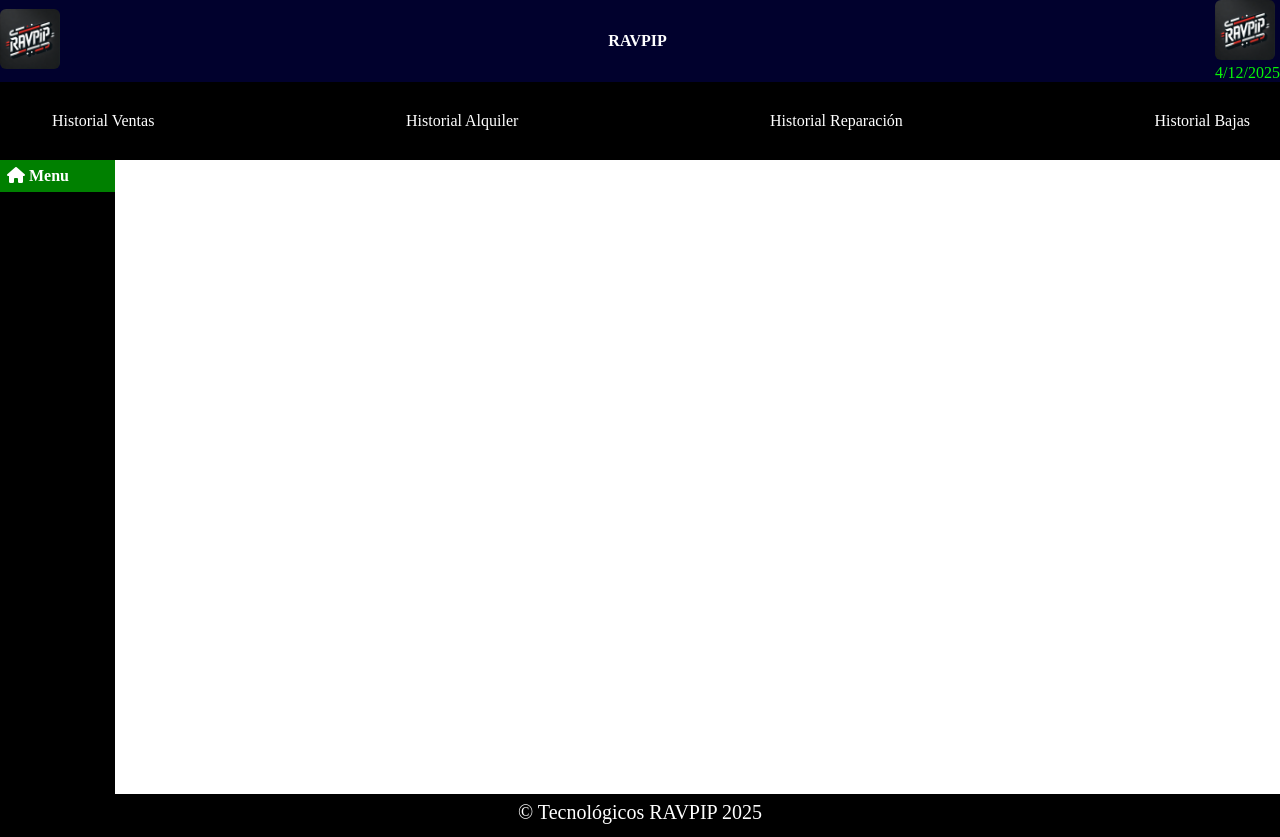
Repository: ye909/RAVPIP
Page: index.html
These files come from the project's save history. The page is drawn as it stood at one moment and after the next save; the edit follows.
The browser window is 1280 px wide. The pictures show the whole page.
After loading, the first visible `#historial` was clicked once.
Some web libraries are served in a nearby version.

Above is the page before, as saved 2025-04-12 15:19:49.

### index.html
<!DOCTYPE html>
<html lang="es">

<head>
    <meta charset="UTF-8">
    <meta name="viewport" content="width=device-width, initial-scale=1.0">
    <title>Estado</title>
    <link rel="stylesheet" href="./src/css/heder.css">
    <script src="https://cdn.jsdelivr.net/npm/sweetalert2@11"></script>
    <script src="https://kit.fontawesome.com/5ca3312b29.js" crossorigin="anonymous"></script>
</head>

<body>
    <div class="containerTituloLogo">
        <div><img src="./src/imagenes/logo2.webp" alt="Logo" class="imglogo"></div>
        <h1>RAVPIP</h1>
        <div><img src="./src/imagenes/logo2.webp" alt="Logo" class="imglogo"> <br><span id="fecha"></span></div>

    </div>

    <nav id="contenedornav">
        <ul id="menu1">

            <li><a href="#" aria-label="Abrir Reportes">Reportes</a></li>
            <li><a href="" aria-label="">Bodega</a></li>
            <li><a href="" aria-label="Soporte">Soporte</a></li>
            <li><a href="" aria-label="Inconformida">Inconformida</a></li>
            <li><a href="#" aria-label="Traslados">Traslados</a></li>
            <li><a href="" aria-label="Gestion">Gestion</a></li>
            <li><a href="#"  aria-label="Abrir Historial" id="historial">Historial</a></li>

            <li><a href="" id="itemEstado" aria-label="Abrir Estado">Estado</a></li>
        </ul>
    </nav>


     <di class="contenedorPrincipal">
        <aside id="barraLateralMenu">
            <h2 class="cajaverde" id="cajaverde"><i class="fa-solid fa-house"></i> Menu</h2>
            <div class="sudmenu" id="sudmenu">
                <div><a href="" id="inventario"> <i class="fa-solid fa-calendar"></i> Inventario</a></div>
                <div><a href="./src/templei/ventasPortatil.html"> <i class="fa-solid fa-tag"></i> Ventas</a></div>
                <div><a href="#" id="alquilerlink"><i class="fa-solid fa-handshake" ></i> Alquiler</a></div>
                <div><a href="#"><i class="fa-solid fa-pen-to-square"></i> Bajas</a></div>
                <div><a href="./src/templei/reparicion.html"><i class="fa-solid fa-desktop"></i> Reparación</a></div>
            </div>
        </aside>
        <section class="centrado" id="centrado">

            <div class="containerProgreso" id="containerProgreso">
                <div>Ventas <br>
                    <p>0</p>
                </div>
                <div>Historia <br>
                    <p>0</p>
                </div>
                <div>Alquiler <br>
                    <p>0</p>
                </div>
                <div>Estado <br>
                    <p>0</p>
                </div>
            </div>


            <div class="container">
                <h1>Alquiler de Equipos</h1>
                <form id="rental-form">
                    <div class="form-group">
                        <div>
                            <label for="producto-id">ID del Producto:</label>
                            <input type="number" id="producto-id">
                            <label for="tipo">Tipo:</label>
                            <select id="tipo">
                                <option value="">Seleccione el producto</option>
                                <option value="CPU">CPU</option>
                                <option value="Monitor">Monitor</option>
                                <option value="Computadora">Computadora</option>
                                <option value="Memoria RAM">Memoria RAM</option>
                                <option value="Almacenamiento">Almacenamiento</option>
                                <option value="Tarjeta Gráfica">Tarjeta Gráfica</option>
                                <option value="Refrigeración">Refrigeración</option>
                                <option value="Fuente de Poder">Fuente de Poder</option>
                                <option value="Placa Madre">Placa Madre</option>
                                <option value="Periférico">Periférico</option>
                                <option value="Gabinete">Gabinete</option>
                            </select>
                            <label for="quantity">Cantidad:</label>
                            <input type="number" id="Cantidad"  />
                        </div>

                        <div>
                            <label for="marca">Marca:</label>
                            <input type="text" id="marca">

                            <label for="modelo">Modelo:</label>
                            <input type="text" id="modelo">
                            <label for="fecha">fecha:</label>
                            <input type="date" id="fecha">
                        </div>
                        <div>
                            <label for="Precio">Precio:</label>
                            <input type="number" id="Precio">
                            <label for="days">Días de alquiler:</label>
                            <input type="number" id="diaPrestamo"  /><br><br>
                            <h3>Total del alquiler: <span id="total">$0</span></h3>
                        </div>
                        <div class="form-group">

                            <div>
                                <label for="detalles">Detalles Adicionales:</label>
                                <textarea name="" id="detalles" cols="70" rows="10" ></textarea>
                            </div>
                        </div>


                    </div>
                    <p id="mensajeFormulario"></p>
                    <button type="submit" >Enviar</button>
                </form>


            </div>




        </section>
    </di>
    <footer>
        <p>&copy;  Tecnológicos RAVPIP 2025</p>
      </footer>

    <script src="./src/js/heder.js"></script>

</body>

</html>

### src/css/heder.css
*{
  margin: 0;
  padding: 0;
  background-attachment: fixed;
  background-size: cover;
  transition:0.6 ;
  box-sizing: border-box;
}


.imglogo {
  object-fit: cover;
  width: 60px;
  height: auto;
  flex-shrink: 0;
  border-radius: 6px;
}

:is(.containerTituloLogo,.containerProgreso,.form-group,ul,.menuHistorial){
  display: flex;
        align-items: center;
        justify-content: space-between;
        /* flex-flow: row; */
        flex-wrap: wrap;
}
.containerTituloLogo{
  background:rgb(1, 1, 45);
  color:white;

}

nav{
width: 100%;
height: auto;
padding: 20px;
}
ul{
list-style: none;

}

a{
  text-decoration: none;
  font-size: 100%;

}
:is(.colormenu,aside,nav){
  background:black;
}
:is(a,aside){
  color:white;

}
.colormenu{
  width: 10%;
}
:is(.containerProgreso,.colormenu,.sudmenu,.sudmenu div,ul,.cajaverde,p){
  padding: 7px;
}
li a:hover{
  color:yellow;
}
:is(.cajaverde){
  background:green;
  font-size: 100%;
}
.containerTituloLogo h1{
  font-size: 100%;
}

.sudmenu{
  visibility: hidden;

  }
  .submenuHistoria{
    display: none;
  }
  .sudmenu div a{
    font-size: 100%;

  }
  .contenedorPrincipal {
    display: flex;
    width: 100%;
    height: 88vh;
  }
  .container{
    visibility: hidden;
  }
  section.centrado {
   width: 80%;
  overflow: hidden;
  }


  aside {
    flex-basis: 9%;
   height: auto;
  }

.cajaverde{

  cursor: pointer;
}

.containerProgreso div{
  border-radius:80%;
   border-left:blue solid 6px;
   border-top:green solid 6px;
   padding: 30px;
   font-size: 20px;
  }

table {
  text-align: center;
font-size: 20px;
width: 100%;
  border-collapse: collapse;
  background-color: #ffffff;
  box-shadow: 0 4px 8px rgba(0,0,0,0.1);
  margin-top: -140px;

  height: auto;
}

thead {

  background-color: #007bff;
  color: white;

}

th {
  padding: 1rem;
  text-align: center;
  border: 1px solid #ddd;
  font-size: 1.3rem;

}
tr{
  border: 1px solid #6b92f4;
}
p{
font-weight: 15px;
  text-align: center;
}
#tablaComponentes,#containerProgreso{
  visibility: hidden;
}



/* alquiler */



.container {
  background: white;
  padding: 25px;
  border-radius: 10px;
  width: 90%;
  flex-grow: 1;
  margin: auto;
  margin-left: 70px;
  margin-top: -100px;
  box-shadow: 0px 0px 10px 20px rgba(0, 0, 0, 0.1);
}

h1 {
  text-align: center;

}

.form-group {
  margin-bottom: 15px;
}

label {
  display: block;
  font-weight: bold;
 font-size: 20px;
 padding: 5px;
}
form{
  width: 100%;
  padding: 10px;
}
input, select {
  width: 300px;
  padding: 8px;
  border: 1px solid #ccc;
  border-radius: 5px;
  margin-top: 5px;
}
:focus{
  outline:1px #0056b3 solid;
}


button {
  width: 100%;
  padding: 10px;
  background-color: #007bff;
  color: white;
  border: none;
  font-size: 16px;
  cursor: pointer;
  border-radius: 5px;
}

button:hover {
  background-color: #0056b3;
}

.result {
  text-align: center;
  margin-top: 20px;
  font-size: 18px;
  color: #444;
}
 footer {
  width: 100%;
  display: grid;
  grid-template-rows: auto 1fr auto;
  height: 6vh;
  text-align: center;
  background-color:black;
  color: #fff;
 font-size: 20px;

}

### src/js/heder.js
 const fechaheder = document.getElementById("fecha")
const fecha= new Date()
const fechatotal=fecha.toLocaleDateString()
fechaheder.innerText=fechatotal
fechaheder.style.color="rgb(7, 247, 7)"

document.addEventListener("DOMContentLoaded", () => {
    fetch("/src/js/datos.json")
      .then(response => {
        if (!response.ok) {
          throw new Error(`Error al cargar el archivo JSON: ${response.status}`);
        }
        return response.json();
      })
      .then(data => {
        // Verificar si el contenedor "centrado" existe
        const centrado = document.getElementById("centrado");
        if (!centrado) {
          throw new Error("El contenedor #centrado no existe en el DOM.");
        }

        // Crear una sola tabla
        const tablaComputador = document.createElement("table");
        tablaComputador.setAttribute("id", "tablaComponentes");
        tablaComputador.classList.add("tablaComponentes");

        // Crear el encabezado de la tabla
        tablaComputador.innerHTML = `
          <thead>
            <tr>
              <th>Id</th>
              <th>Producto</th>
              <th>Precio</th>
              <th>Imagen</th>
            </tr>
          </thead>
          <tbody></tbody>
        `;

        // Agregar la tabla al contenedor
        centrado.appendChild(tablaComputador);

        // Obtener el cuerpo de la tabla
        const tbody = tablaComputador.querySelector("tbody");

        // Iterar sobre los datos y agregar filas al tbody
        data.forEach((item, index) => {
          const row = document.createElement("tr");
          row.innerHTML = `
            <td>${index + 1}</td>
            <td>${item.name}</td>
            <td>$${item.price}</td>
            <td><img src="${item.image}" alt="${item.name}" style="max-width: 100px;"></td>
          `;
          tbody.appendChild(row); // Agregar la fila al tbody
        });
      })
      .catch(error => {
        console.error("Error:", error);
      });
  });
const cajaverde = document.getElementById("cajaverde");
const inventario = document.getElementById("inventario");
const itemEstado = document.getElementById("itemEstado");
const containerformulario= document.querySelector(".container")

cajaverde.addEventListener("click", () => {
  const sudmenu = document.getElementById("sudmenu");
  sudmenu.style.visibility = "visible";
  cajaverde.remove();
});
inventario.addEventListener("click", (e) => {
  e.preventDefault();
  const tablaComponentes = document.getElementById("tablaComponentes");
  tablaComponentes.style.visibility = "visible";
});
itemEstado.addEventListener("click", (e) => {
  e.preventDefault();
  const containerProgreso = document.getElementById("containerProgreso");
  containerProgreso.style.visibility = "visible";
});

// alquiler formulario
document.getElementById("alquilerlink").addEventListener("click",productoAlquiler)

function productoAlquiler() {

  containerformulario.style.visibility = "visible";
}

document.getElementById("rental-form").addEventListener("submit",productoFormulario)

function productoFormulario(event) {
  event.preventDefault()
  // localStorage.setItem("","")
  const mensajeFormulario = document.getElementById("mensajeFormulario")
  const productoid = document.getElementById("producto-id").value
const tipo = document.getElementById("tipo").value
   const marca = document.getElementById("marca").value
   const modelo = document.getElementById("modelo").value
   const fecha = document.getElementById("fecha").value
   const Precio = document.getElementById("Precio").value
   const Cantidad = document.getElementById("Cantidad").value
   const diaPrestamo = document.getElementById("diaPrestamo").value
   const detalles = document.getElementById("detalles")

if (productoid && tipo && marca && modelo && fecha && Precio && Cantidad && diaPrestamo && detalles) {
  console.log("listo")
   containerformulario.style.visibility = "hidden";
   Swal.fire({
    title: "En hora buena  prestamo realizado",
    icon: "success",
    draggable: true
  });

}else{
  mensajeFormulario.textContent="Lo sentimo hay campos vacios"
 mensajeFormulario.style.fontSize="20px"
 mensajeFormulario.style.color="red"
 mensajeFormulario.style.textAlign="center"
setTimeout(()=>{
  mensajeFormulario.innerText=""
},2500)
}
// esta informacion debe almacenar
console.log(productoid,tipo,marca,modelo,fecha,Precio , Cantidad ,diaPrestamo,detalles)
}


const contenedornav = document.getElementById("contenedornav")
const menu1 = document.getElementById("menu1")

document.getElementById("historial").addEventListener("click",hitorialAlquiler)

function hitorialAlquiler() {
   menu1.style.display="none"
  const menu2 = document.createElement("menu2")
  menu2.classList.add("menuHistorial")
  menu2.style.padding="10px"
  menu2.innerHTML=`
  <li><a href="">Historial Ventas</a></li>
  <li><a href="./src/templei/historiaAlquiler.html">Historial Alquiler</a></li>
    <li><a href="">Historial Reparación</a></li>
     <li><a href="">Historial Bajas</a></li
  `
  contenedornav.appendChild(menu2)
console.log(contenedornav)

}
/*
 */

### src/js/datos.json

[
  { "id": 1,
  "name": "CPU Intel i5",
   "price": 850000,
   "image": "https://via.placeholder.com/200x150?text=CPU+Intel+i5" },
  { "id": 2, "name": "CPU AMD Ryzen 5", "price": 950000, "image": "https://via.placeholder.com/200x150?text=Ryzen+5" },
  { "id": 3, "name": "Mouse Logitech", "price": 70000, "image": "https://via.placeholder.com/200x150?text=Mouse" },
  { "id": 4, "name": "Teclado Mecánico", "price": 120000, "image": "https://via.placeholder.com/200x150?text=Teclado" },
  { "id": 5, "name": "Monitor 24\"", "price": 600000, "image": "https://via.placeholder.com/200x150?text=Monitor" },
  { "id": 6, "name": "Disco SSD 480GB", "price": 220000, "image": "https://via.placeholder.com/200x150?text=SSD" },
  { "id": 7, "name": "Disco HDD 1TB", "price": 180000, "image": "https://via.placeholder.com/200x150?text=HDD" },
  { "id": 8, "name": "Tarjeta de Video GTX 1660", "price": 1350000, "image": "https://via.placeholder.com/200x150?text=GPU" },
  { "id": 9, "name": "Memoria RAM 8GB", "price": 140000, "image": "https://via.placeholder.com/200x150?text=RAM+8GB" },
  { "id": 10, "name": "Gabinete Gamer", "price": 250000, "image": "https://via.placeholder.com/200x150?text=Gabinete" },
  { "id": 11, "name": "Fuente de poder 600W", "price": 180000, "image": "https://via.placeholder.com/200x150?text=PSU+600W" },
  { "id": 12, "name": "Mousepad XL", "price": 40000, "image": "https://via.placeholder.com/200x150?text=Mousepad" },
  { "id": 13, "name": "Cooler para CPU", "price": 85000, "image": "https://via.placeholder.com/200x150?text=Cooler" },
  { "id": 14, "name": "Cámara Web HD", "price": 90000, "image": "https://via.placeholder.com/200x150?text=Webcam" },
  { "id": 15, "name": "Audífonos Gamer", "price": 110000, "image": "https://via.placeholder.com/200x150?text=Headset" },
  { "id": 16, "name": "Tarjeta madre Intel", "price": 480000, "image": "https://via.placeholder.com/200x150?text=Motherboard" },
  { "id": 17, "name": "Tarjeta madre AMD", "price": 500000, "image": "https://via.placeholder.com/200x150?text=Motherboard+AMD" },
  { "id": 18, "name": "Router Wi-Fi", "price": 130000, "image": "https://via.placeholder.com/200x150?text=Router" },
  { "id": 19, "name": "Impresora multifuncional", "price": 600000, "image": "https://via.placeholder.com/200x150?text=Impresora" },
  { "id": 20, "name": "USB 64GB", "price": 45000, "image": "https://via.placeholder.com/200x150?text=USB+64GB" },
  { "id": 21, "name": "Disco Externo 2TB", "price": 370000, "image": "https://via.placeholder.com/200x150?text=Disco+Externo" },
  { "id": 22, "name": "Switch de red", "price": 160000, "image": "https://via.placeholder.com/200x150?text=Switch" },
  { "id": 23, "name": "Cable HDMI", "price": 25000, "image": "https://via.placeholder.com/200x150?text=HDMI" },
  { "id": 24, "name": "Cable SATA", "price": 15000, "image": "https://via.placeholder.com/200x150?text=SATA" },
  { "id": 25, "name": "Antena Wi-Fi USB", "price": 30000, "image": "https://via.placeholder.com/200x150?text=Antena+WiFi" },
  { "id": 26, "name": "Adaptador USB-C", "price": 20000, "image": "https://via.placeholder.com/200x150?text=USB-C" },
  { "id": 27, "name": "Soporte Monitor", "price": 60000, "image": "https://via.placeholder.com/200x150?text=Soporte" },
  { "id": 28, "name": "Lector de tarjetas", "price": 28000, "image": "https://via.placeholder.com/200x150?text=Lector" },
  { "id": 29, "name": "Batería portátil", "price": 85000, "image": "https://via.placeholder.com/200x150?text=Power+Bank" },
  { "id": 30, "name": "Hub USB 4 Puertos", "price": 55000, "image": "https://via.placeholder.com/200x150?text=USB+Hub" }
]

After the next save:
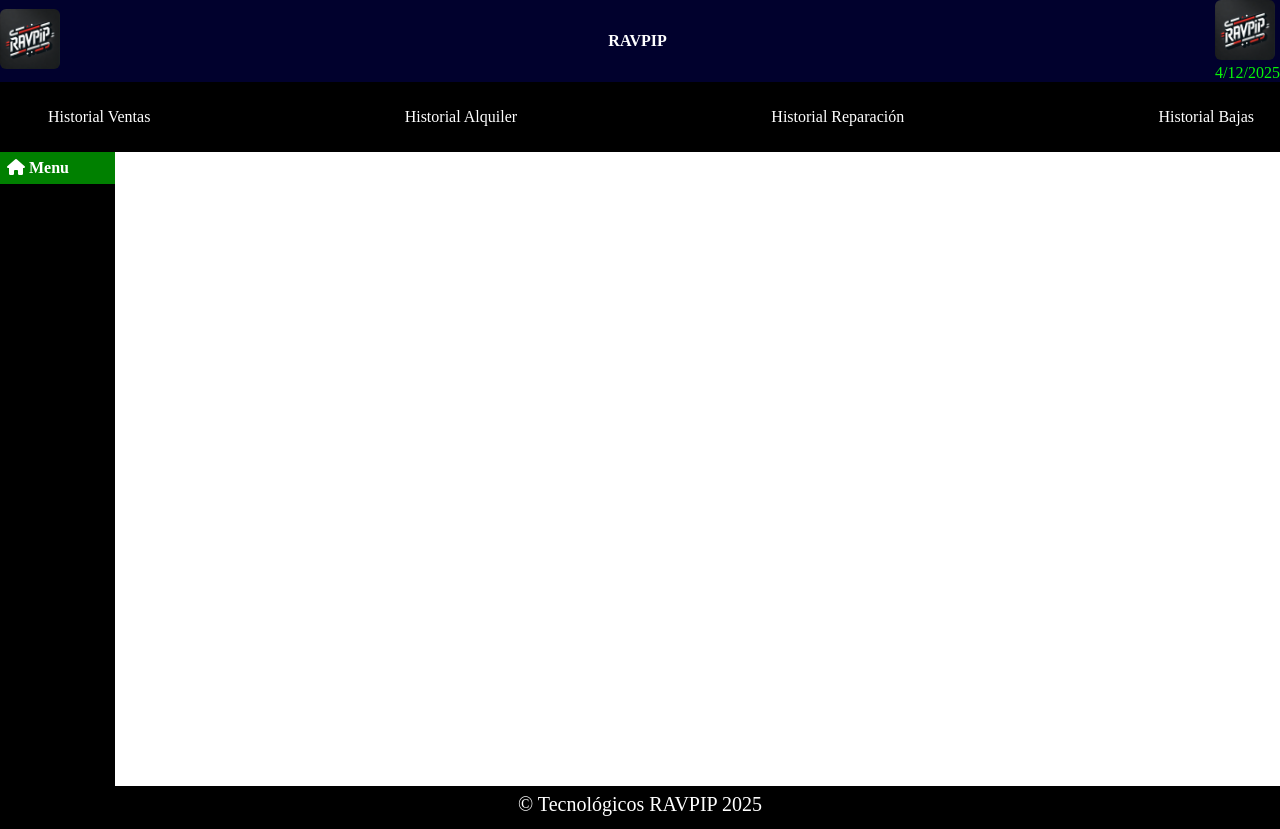
Saved 14 s later.
--- a/src/js/heder.js
+++ b/src/js/heder.js
@@ -136,7 +136,7 @@ function hitorialAlquiler() {
    menu1.style.display="none"
   const menu2 = document.createElement("menu2")
   menu2.classList.add("menuHistorial")
-  menu2.style.padding="10px"
+  menu2.style.padding="6px"
   menu2.innerHTML=`
   <li><a href="">Historial Ventas</a></li>
   <li><a href="./src/templei/historiaAlquiler.html">Historial Alquiler</a></li>
